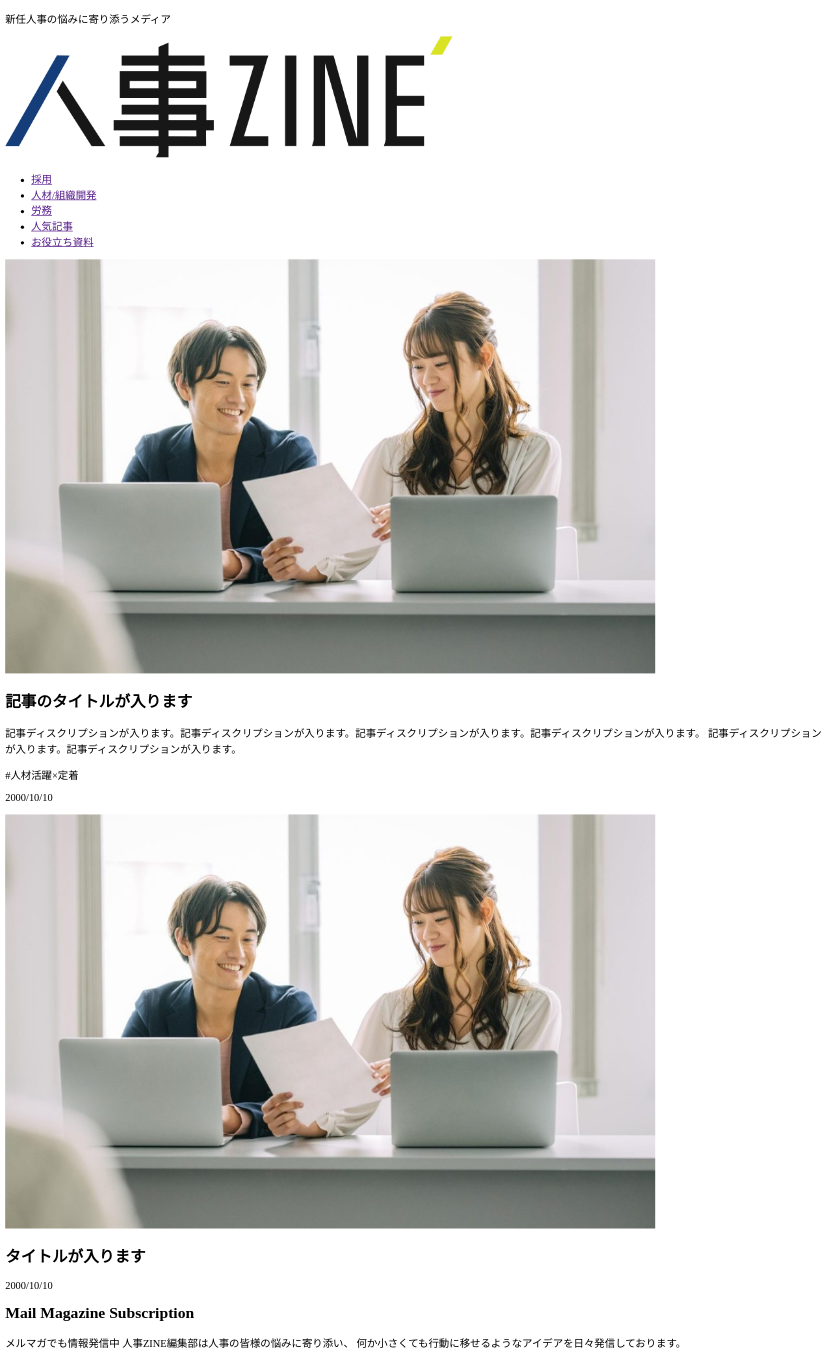
Repository: daisukey623/WpPractice
Page: index.html
An editor plug-in stored every save of this project. The page is shown before and after a run of saves, followed by the edit.
The browser window is 1280 px wide. The pictures show the whole page, at 65% of full size.

Above is the page before, as saved 2021-09-21 21:53:28.

After the next 5 saves:
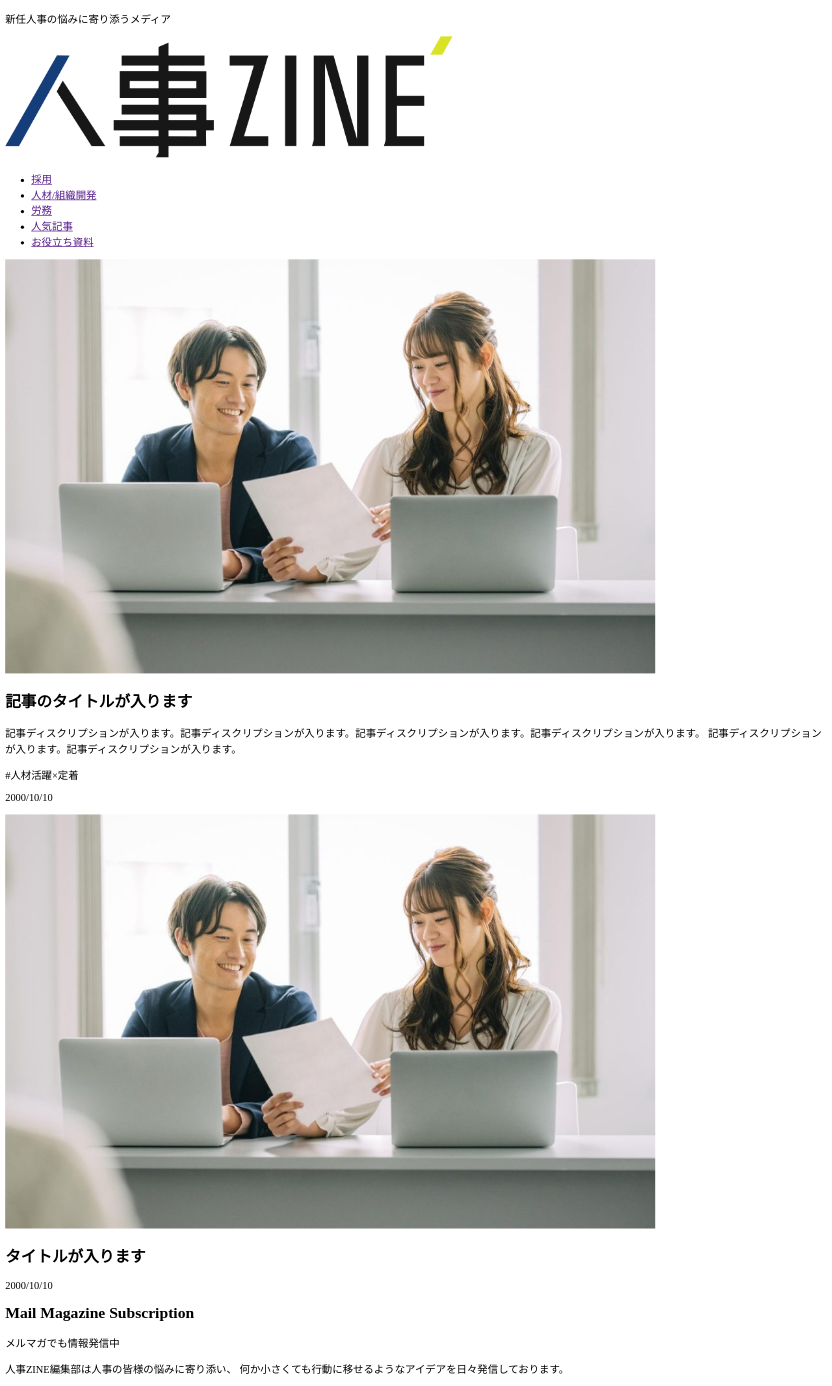
The 5 saves are shown as one change because they came seconds apart.
The last was saved 15 s later.
--- a/index.html
+++ b/index.html
@@ -54,9 +54,10 @@
     </aside>
     <footer>
       <h2>Mail Magazine Subscription</h2>
-      <p>メルマガでも情報発信中
-        人事ZINE編集部は人事の皆様の悩みに寄り添い、
-        何か小さくても行動に移せるようなアイデアを日々発信しております。</p>
+      <p>メルマガでも情報発信中</p>
+       <p> 人事ZINE編集部は人事の皆様の悩みに寄り添い、
+        何か小さくても行動に移せるようなアイデアを日々発信しております。
+      </p>
     </footer>
   </body>
 </html>
